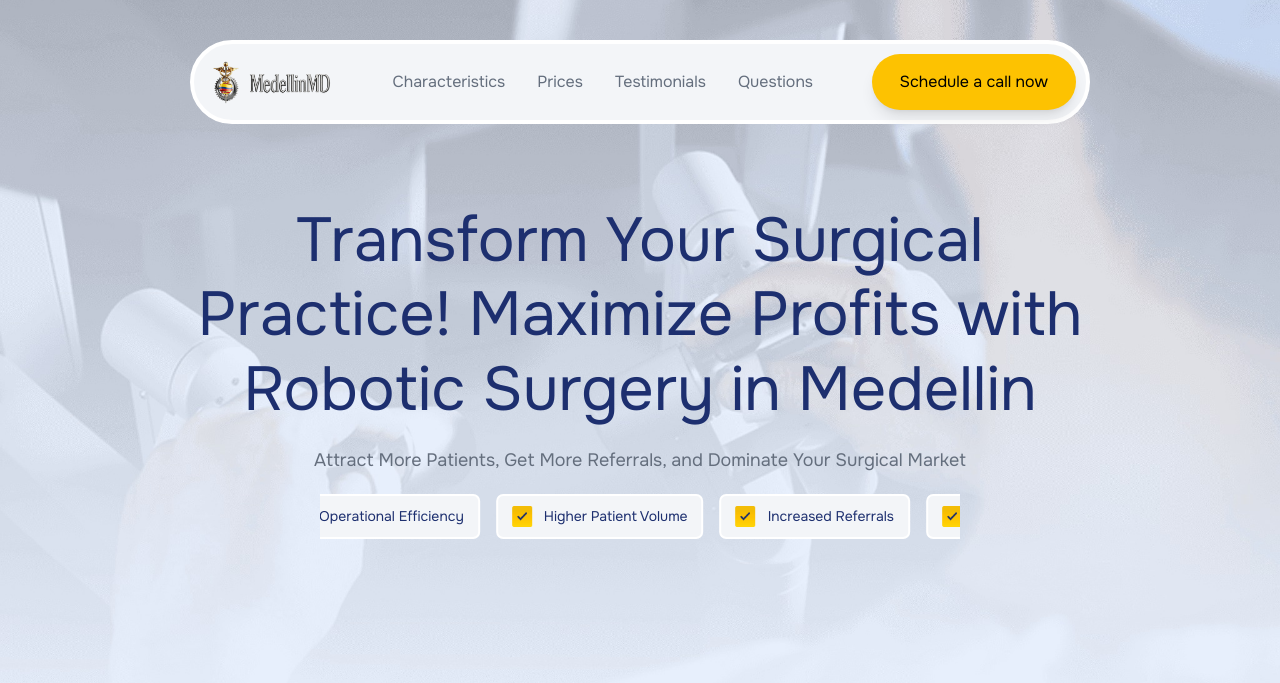
Repository: emmanueltech2019/cmd
Page: /home
An editor plug-in stored every save of this project. The page is shown before and after a run of saves, followed by the edit.
The browser window is 1280 px wide. The pictures show the whole page.
The project was rebuilt for these pictures with package versions that can differ from the ones it lists, and the page was loaded fresh each time. The framework's server and built-in components were replaced by stand-ins that run in the browser. Also part of the build but not shown: next.config.mjs.

Above is the page before, as saved 2025-05-15 16:53:05.

After the next 4 saves:
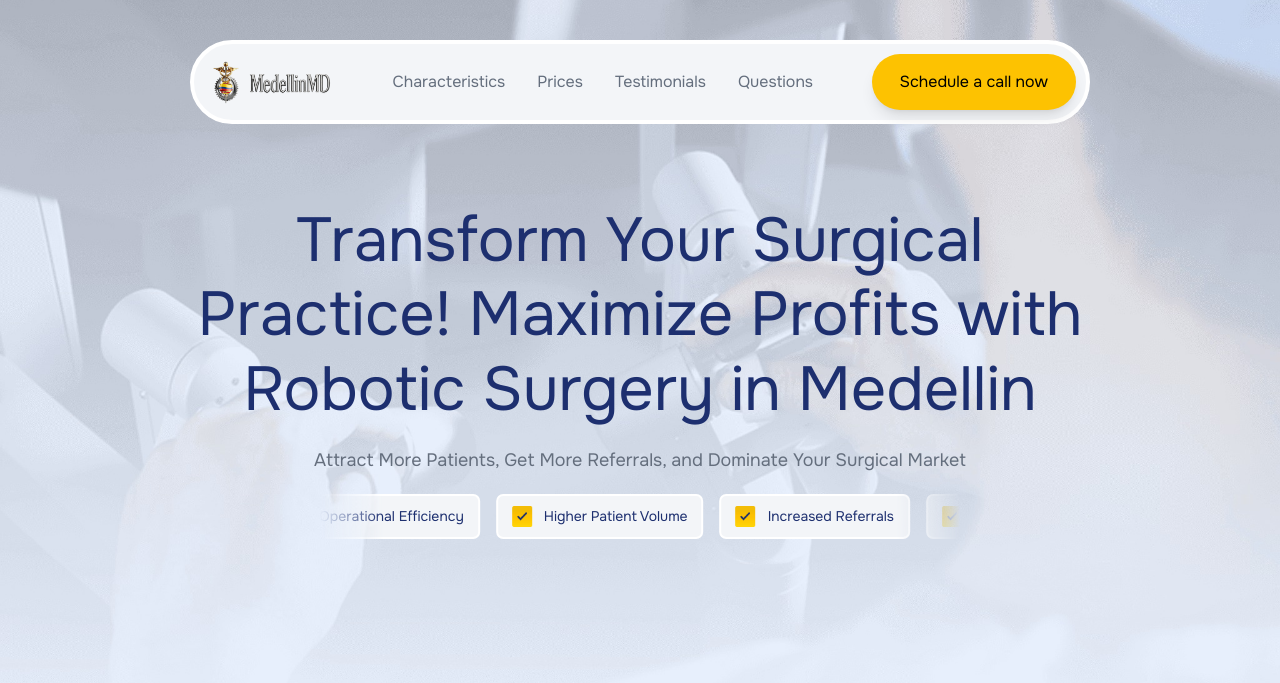
The 4 saves are shown as one change because they came seconds apart.
The last was saved 4 min 28 s later.
--- a/src/app/home/page.jsx
+++ b/src/app/home/page.jsx
@@ -49,7 +49,14 @@ const page = () => {
                 <h1 className="text-center text-web-blue text-webhero-font leading-webhero-lineheight">Transform Your Surgical Practice! Maximize Profits with Robotic Surgery in Medellin</h1>
                 <p className='text-websubhero-font text-web-navgray text-center py-5'>Attract More Patients, Get More Referrals, and Dominate Your Surgical Market</p>
             </div>
-            <div className="flex whitespace-nowrap overflow-hidden w-[50%] mx-auto">
+            <div className="flex whitespace-nowrap overflow-hidden w-[50%] mx-auto"
+                style={{
+    WebkitMaskImage:
+      'linear-gradient(to right, transparent, black 10%, black 90%, transparent)',
+    maskImage:
+      'linear-gradient(to right, transparent, black 10%, black 90%, transparent)',
+  }}
+            >
                 <div className="flex animate-slide flex-shrink-0">
                     {slideViewData.map((item) => (
                         <SlideView key={`a-${item.id}`}>
